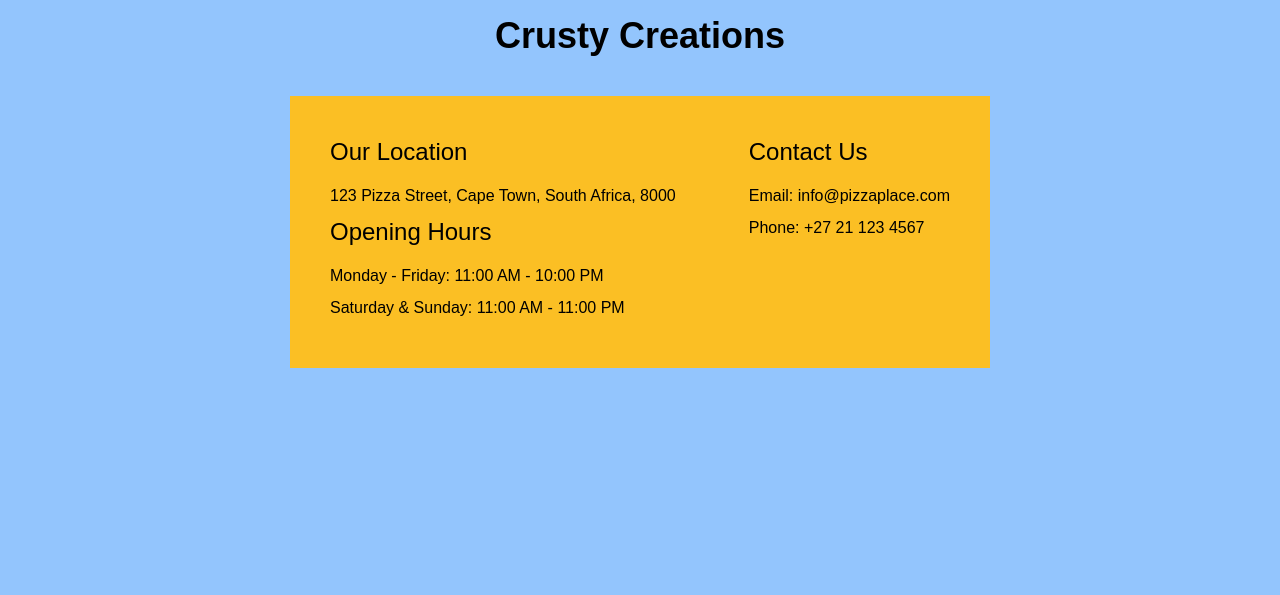
Repository: lasity34/pizza-cart-with-api
Page: index.html
An editor plug-in stored every save of this project. The page is shown before and after the next save, followed by the edit.
The browser window is 1280 px wide. The pictures show the whole page.
The page's requests for data from a server got no answer. Some web fonts or font styles are not loaded; a fallback is used. Some web libraries are served in a nearby version.

Above is the page before, as saved 2023-07-16 22:10:24.
Console error (its wording comes from the project's code and is left out).

After the next save:
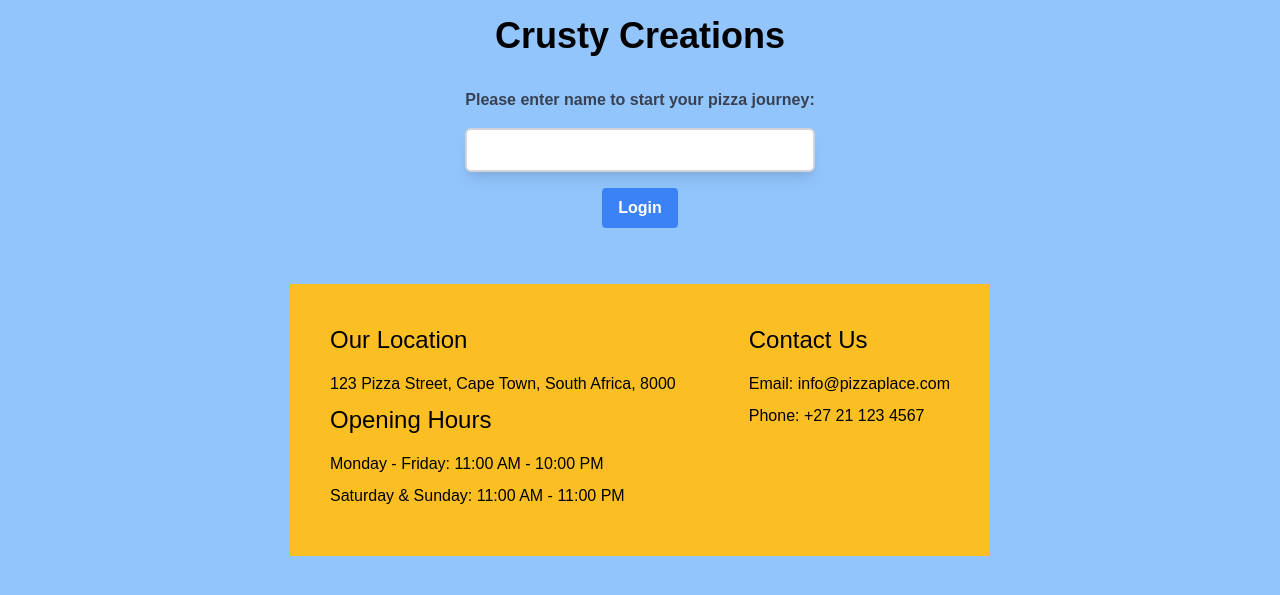
Saved 10 h 15 min later.
--- a/index.html
+++ b/index.html
@@ -29,7 +29,7 @@
       <h1 class="text-4xl pt-4 font-bold">Crusty Creations</h1>
     </section>
 
-    <section class="flex flex-col items-center mt-8 pb-4" x-show="!createCart()">
+    <section class="flex flex-col items-center mt-8 pb-4" x-show="">
       <h3 class="text-md font-semibold mb-2 text-center text-gray-700">Please enter name to start your pizza journey:</h3>
       <input type="text" x-model="usernameInput" class="w-1/2 mt-2 p-2 rounded-md border-2 border-gray-300 shadow-lg focus:outline-none focus:ring-2 focus:ring-blue-600" />
       <button class="mt-4 bg-blue-500 hover:bg-blue-700 text-white font-bold py-2 px-4 rounded" @click="login()">Login</button>
